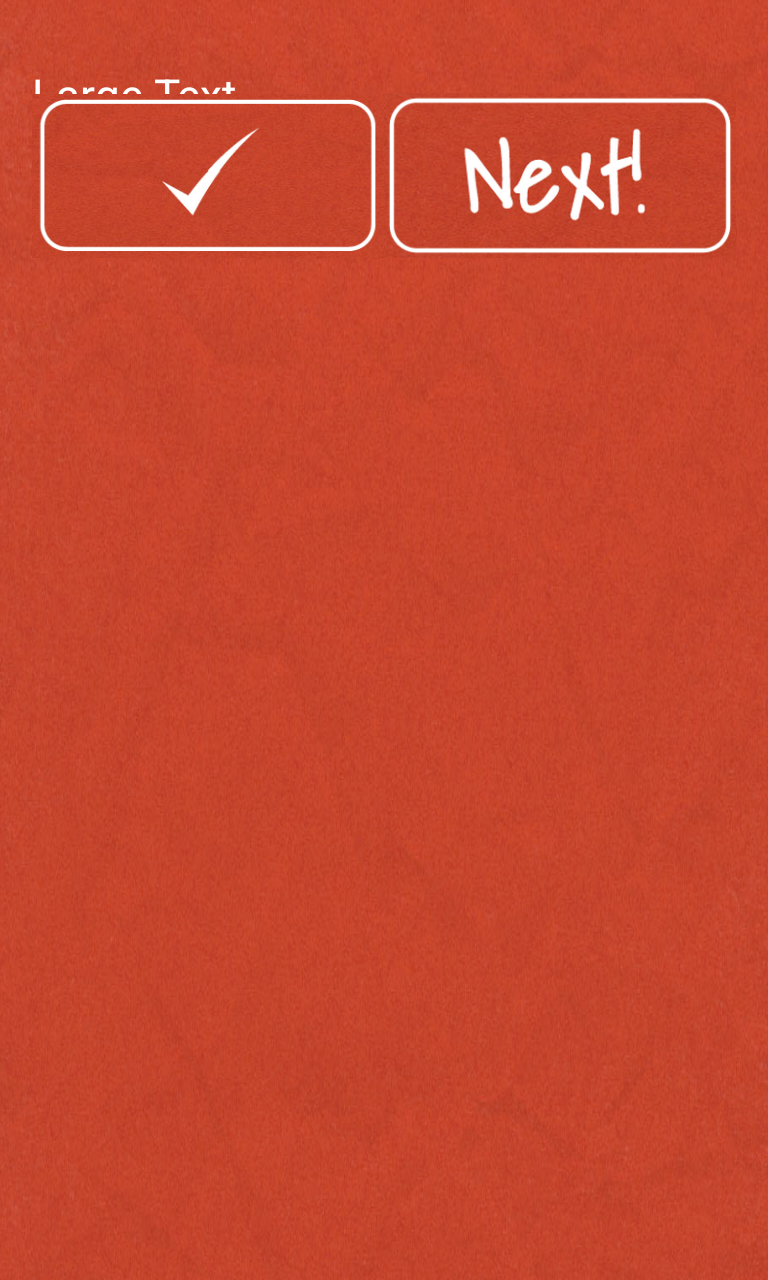
Repository: imhossu/FeedJulia
Layout: FeedJulia/res/layout/activity_place.xml
These files come from the project's save history. The layout is drawn as it stood at one moment and after the next save; the edit follows.
Pictures or frames that could not be fetched are drawn as grey boxes. It is drawn on a 768 x 1280 px phone screen (xhdpi) without system bars, with theme android:Theme.NoTitleBar; the app's code is not run.

Above is the layout before, as saved 2014-01-26 06:00:47.

After the next save:
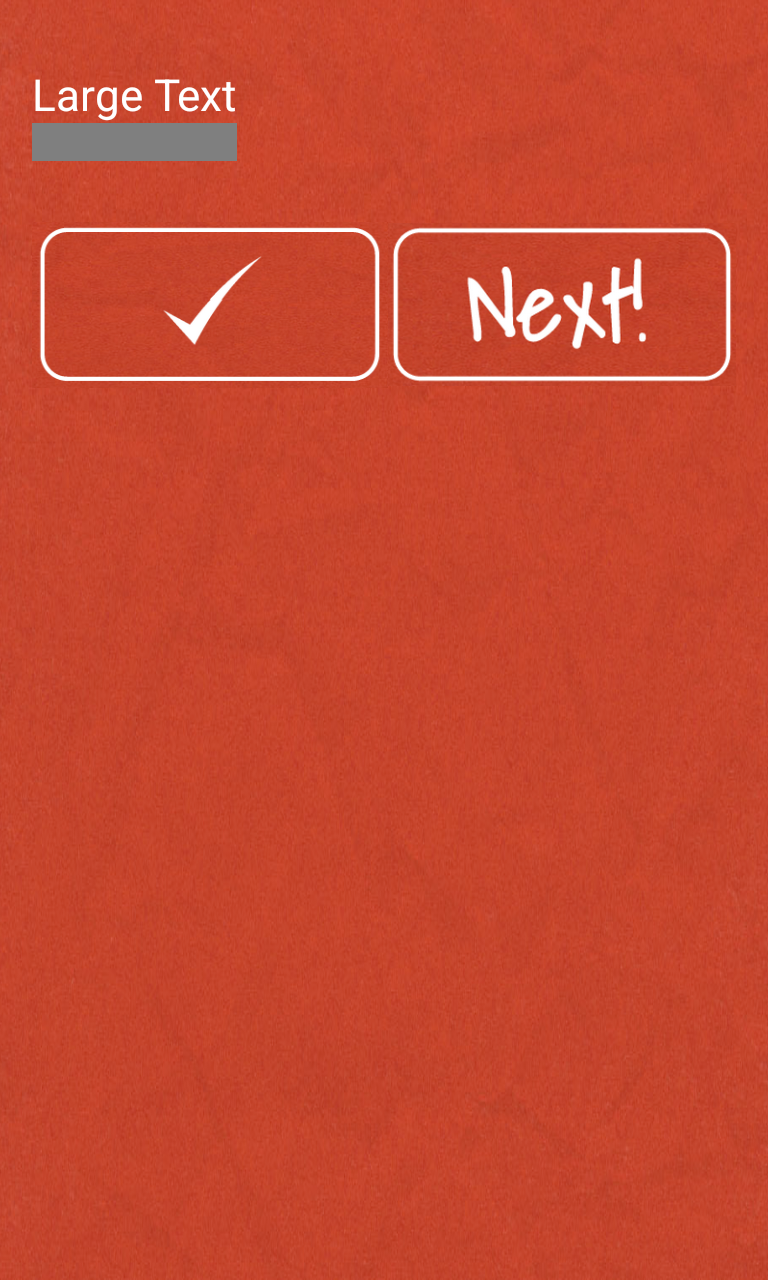
Saved 2 min 2 s later.
--- a/FeedJulia/res/layout/activity_place.xml
+++ b/FeedJulia/res/layout/activity_place.xml
@@ -8,56 +8,63 @@
     android:paddingRight="@dimen/activity_horizontal_margin"
     android:paddingTop="@dimen/activity_vertical_margin" >
 
+    <LinearLayout
+        android:layout_width="match_parent"
+        android:layout_height="wrap_content"
+        android:orientation="vertical" >
+
+        <LinearLayout
+            android:layout_width="wrap_content"
+            android:layout_height="wrap_content"
+            android:orientation="vertical" >
+
+            <TextView
+                android:id="@+id/title"
+                android:layout_width="wrap_content"
+                android:layout_height="0dp"
+                android:layout_alignParentTop="true"
+                android:layout_centerHorizontal="true"
+                android:layout_marginTop="16dp"
+                android:layout_weight="20"
+                android:text="Large Text"
+                android:textAppearance="?android:attr/textAppearanceLarge"
+                android:textColor="#ffffff" />
+
+            <fragment
+                android:id="@+id/map"
+                android:name="com.google.android.gms.maps.MapFragment"
+                android:layout_width="match_parent"
+                android:layout_height="0dp"
+                android:layout_weight="80" />
+
+        </LinearLayout>
+
+        <LinearLayout
+            android:layout_width="wrap_content"
+            android:layout_height="wrap_content"
+            android:layout_marginTop="15dp"
+            android:weightSum="100" >
+
+            <ImageView
+                android:id="@+id/acceptResult"
+                android:layout_width="0dp"
+                android:layout_height="wrap_content"
+                android:layout_weight="50"
+                android:src="@drawable/accept" />
+
+            <ImageView
+                android:id="@+id/nextResult"
+                android:layout_width="0dp"
+                android:layout_height="wrap_content"
+                android:layout_weight="50"
+                android:src="@drawable/next" />
+        </LinearLayout>
+
+    </LinearLayout>
+
     tools:context=".Place" >
 
 
-    <LinearLayout
-        android:layout_width="wrap_content"
-        android:layout_height="wrap_content"
-        android:orientation="vertical" >
 
-        <TextView
-        	android:id="@+id/title"
-        	android:layout_width="wrap_content"
-  			android:layout_height="0dp"
-  			android:layout_weight="20"
-        	android:layout_alignParentTop="true"
-        	android:layout_centerHorizontal="true"
-        	android:layout_marginTop="16dp"
-        	android:text="Large Text"
-        	android:textAppearance="?android:attr/textAppearanceLarge"
-        	android:textColor="#ffffff"/>
-
-    	<fragment
-  			android:id="@+id/map"
-  			android:name="com.google.android.gms.maps.MapFragment"
-  			android:layout_width="match_parent"
-  			android:layout_height="0dp"
-  			android:layout_weight="80" />
-    </LinearLayout>
-
-    <LinearLayout
-        android:layout_width="wrap_content"
-        android:layout_height="wrap_content"
-        android:layout_alignParentLeft="true"
-        android:layout_below="@+id/image"
-        android:layout_marginTop="15dp"
-        android:weightSum="100" >
-
-        <ImageView
-            android:id="@+id/acceptResult"
-            android:src="@drawable/accept"
-            android:layout_width="0dp"
-        	android:layout_height="wrap_content"
-        	android:layout_weight="50"/>
-
-        <ImageView
-            android:id="@+id/nextResult"
-            android:layout_width="0dp"
-        	android:layout_height="wrap_content"
-        	android:layout_weight="50"
-            android:src="@drawable/next" />
-
-    </LinearLayout>
 
 </RelativeLayout>
